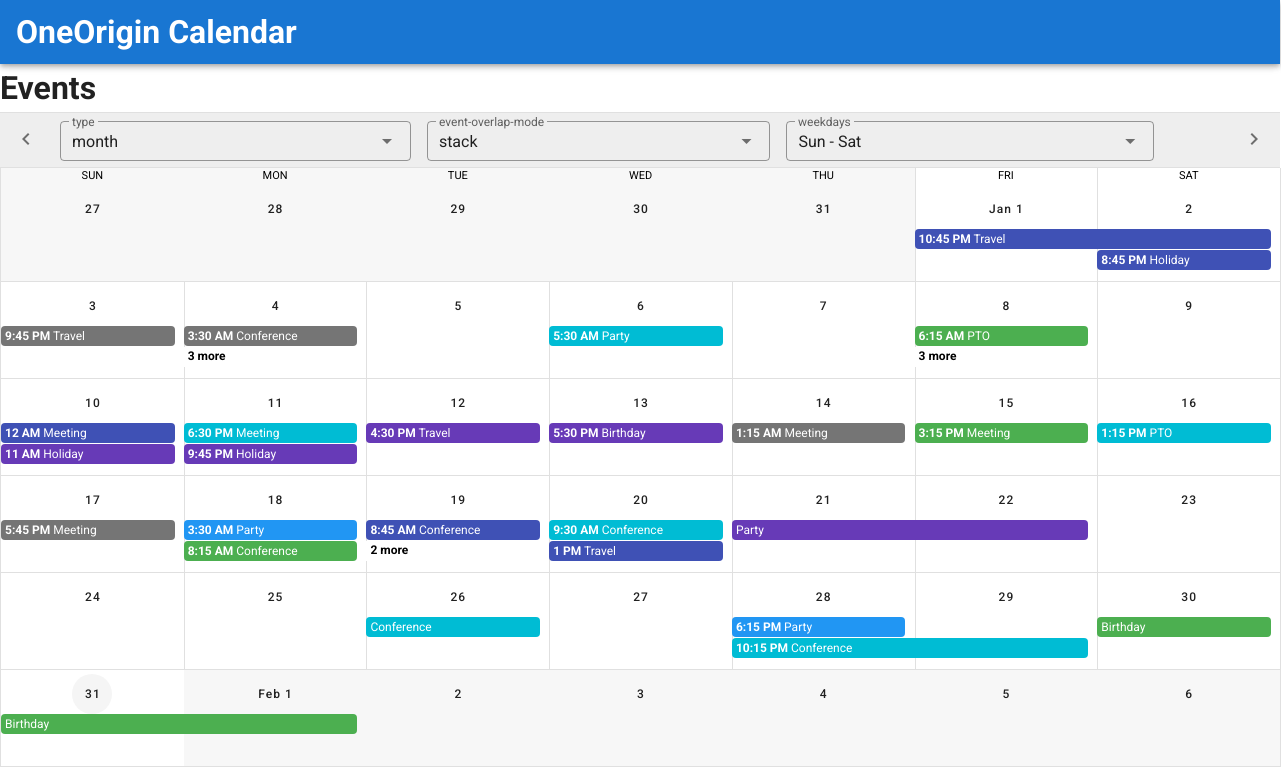
Repository: Shinobi247/OO-Calenda-events
Page: /
These files come from the project's save history. The page is drawn as it stood at one moment and after the next save; the edit follows.
The browser window is 1280 px wide. The page is 1281 px wide, so the pictures cover 1281 px, including what lies to the right of the window. The pictures show the whole page.
The project was rebuilt for these pictures with package versions that can differ from the ones it lists, and the page was loaded fresh each time. Also part of the build but not shown: vue.config.js.

Above is the page before, as saved 2021-02-01 14:59:37.

### src/App.vue
<template>
  <v-app>
    <v-app-bar app color="primary" dark>
      <!-- <div class="d-flex align-center">
        <v-img
          alt="Vuetify Logo"
          class="shrink mr-2"
          contain
          src="https://cdn.vuetifyjs.com/images/logos/vuetify-logo-dark.png"
          transition="scale-transition"
          width="40"
        />

        <v-img
          alt="Vuetify Name"
          class="shrink mt-1 hidden-sm-and-down"
          contain
          min-width="100"
          src="https://cdn.vuetifyjs.com/images/logos/vuetify-name-dark.png"
          width="100"
        />
      </div> -->
      <h1>OneOrigin Calendar</h1>
      <v-spacer></v-spacer>

      <!-- <v-btn
        href="https://github.com/vuetifyjs/vuetify/releases/latest"
        target="_blank"
        text
      >
        <span class="mr-2">Latest Release</span>
        <v-icon>mdi-open-in-new</v-icon>
      </v-btn> -->
    </v-app-bar>

    <v-main>
      <h1>Events</h1>
      <v-divider></v-divider>
      <Calendar />
    </v-main>
  </v-app>
</template>

<script>
// import HelloWorld from './components/HelloWorld';
import Calendar from "./components/Calendar";

export default {
  name: "App",

  components: {
    // HelloWorld,
    Calendar,
  },

  data: () => ({
    //
  }),
};
</script>

### src/components/Calendar.vue
<template>
  <div>
    <v-sheet tile height="54" color="grey lighten-3" class="d-flex">
      <v-btn icon class="ma-2" @click="$refs.calendar.prev()">
        <v-icon>mdi-chevron-left</v-icon>
      </v-btn>
      <v-select
        v-model="type"
        :items="types"
        dense
        outlined
        hide-details
        class="ma-2"
        label="type"
      ></v-select>
      <v-select
        v-model="mode"
        :items="modes"
        dense
        outlined
        hide-details
        label="event-overlap-mode"
        class="ma-2"
      ></v-select>
      <v-select
        v-model="weekday"
        :items="weekdays"
        dense
        outlined
        hide-details
        label="weekdays"
        class="ma-2"
      ></v-select>
      <v-spacer></v-spacer>
      <v-btn icon class="ma-2" @click="$refs.calendar.next()">
        <v-icon>mdi-chevron-right</v-icon>
      </v-btn>
    </v-sheet>
    <v-sheet height="600">
      <v-calendar
        ref="calendar"
        v-model="value"
        :weekdays="weekday"
        :type="type"
        :events="events"
        :event-overlap-mode="mode"
        :event-overlap-threshold="30"
        :event-color="getEventColor"
        @change="getEvents"
      ></v-calendar>
    </v-sheet>
  </div>
</template>

<script>
export default {
  data: () => ({
    type: "month",
    types: ["month", "week", "day", "4day"],
    mode: "stack",
    modes: ["stack", "column"],
    weekday: [0, 1, 2, 3, 4, 5, 6],
    weekdays: [
      { text: "Sun - Sat", value: [0, 1, 2, 3, 4, 5, 6] },
      { text: "Mon - Sun", value: [1, 2, 3, 4, 5, 6, 0] },
      { text: "Mon - Fri", value: [1, 2, 3, 4, 5] },
      { text: "Mon, Wed, Fri", value: [1, 3, 5] },
    ],
    value: "",
    events: [],
    colors: [
      "blue",
      "indigo",
      "deep-purple",
      "cyan",
      "green",
      "orange",
      "grey darken-1",
    ],
    names: [
      "Meeting",
      "Holiday",
      "PTO",
      "Travel",
      "Event",
      "Birthday",
      "Conference",
      "Party",
    ],
  }),
  methods: {
    getEvents({ start, end }) {
      const events = [];

      const min = new Date(`${start.date}T00:00:00`);
      const max = new Date(`${end.date}T23:59:59`);
      const days = (max.getTime() - min.getTime()) / 86400000;
      const eventCount = this.rnd(days, days + 20);

      for (let i = 0; i < eventCount; i++) {
        const allDay = this.rnd(0, 3) === 0;
        const firstTimestamp = this.rnd(min.getTime(), max.getTime());
        const first = new Date(firstTimestamp - (firstTimestamp % 900000));
        const secondTimestamp = this.rnd(2, allDay ? 288 : 8) * 900000;
        const second = new Date(first.getTime() + secondTimestamp);

        events.push({
          name: this.names[this.rnd(0, this.names.length - 1)],
          start: first,
          end: second,
          color: this.colors[this.rnd(0, this.colors.length - 1)],
          timed: !allDay,
        });
      }

      this.events = events;
    },
    getEventColor(event) {
      return event.color;
    },
    rnd(a, b) {
      return Math.floor((b - a + 1) * Math.random()) + a;
    },
  },
};
</script>

<style>
</style>

Loaded but not shown: public/index.html (common file); src/main.js (common file); src/plugins/vuetify.js (common file)

After the next save:
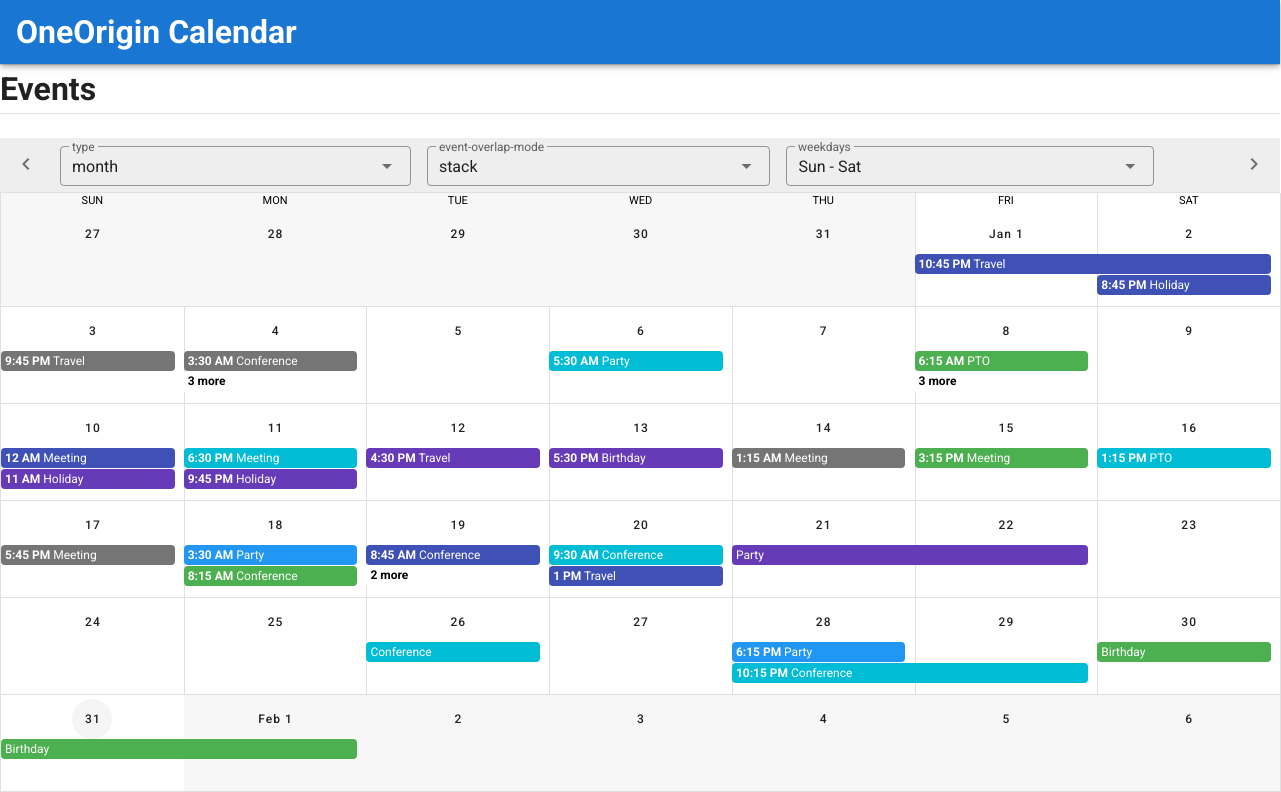
Saved 27 s later.
--- a/src/App.vue
+++ b/src/App.vue
@@ -34,8 +34,10 @@
     </v-app-bar>
 
     <v-main>
+      <v-divider></v-divider>
       <h1>Events</h1>
       <v-divider></v-divider>
+      <br />
       <Calendar />
     </v-main>
   </v-app>
